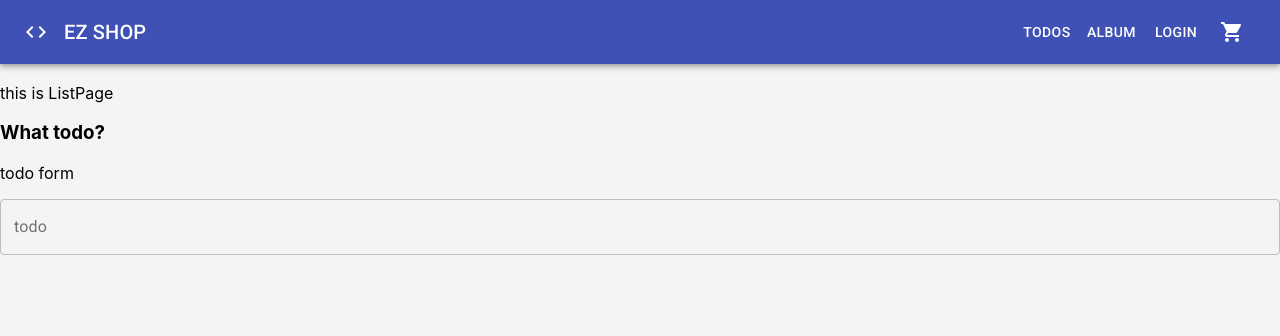
Repository: anhmuoi/learn-reactjs
Page: /todos
An editor plug-in stored every save of this project. The page is shown before and after the next save, followed by the edit.
The browser window is 1280 px wide. The pictures show the whole page.
The project was rebuilt for these pictures with package versions that can differ from the ones it lists, and the page was loaded fresh each time. Also part of the build but not shown: src/components/form-controls/PasswordField/index.js, src/features/Auth/components/LoginForm/index.jsx, src/features/Auth/components/Login/index.jsx, src/features/Auth/components/RegisterForm/index.jsx, src/features/Auth/components/Register/index.jsx, src/features/Cart/index.jsx, src/components/NotFound/index.js, src/api/productApi.js and 24 more. Imported but missing from the stored project, and not drawn on this page: src/features/Product/components/ProductAdditional.jsx, src/features/Product/components/ProductReviews.jsx.

Above is the page before, as saved 2021-09-25 16:19:32.

### src/App.js
import categoryApi from "api/categoryApi.js";
import Header from "components/Header/index.jsx";
import CartFeature from "features/Cart/index.jsx";
import ProductFeature from "features/Product/index.jsx";
import React, { useEffect } from "react";
import { Redirect, Route, Switch } from "react-router";
import "./App.css";
import NoteFound from "./components/NotFound";
import CounterFeature from "./features/Counter/index.jsx";
import TodoFeature from "./features/Todo";

function App() {

  // useEffect(() => {
  //   const fetchCategories = async  () => {
  //     const categories = await categoryApi.get(1);


  //   }

  //   fetchCategories();
  // }, [])


  return (
    <div className="App">
    <Header/>
      <Switch>
        <Redirect from="/home" to="/" exact></Redirect>
        <Redirect
          from="/posts-list/:postId"
          to="/posts/:postId"
          exact
        ></Redirect>

        <Route path="/" component={CounterFeature} exact />
        <Route path="/todos" component={TodoFeature}></Route>
        <Route path="/album"></Route>
        <Route path='/products' component={ProductFeature} />
        <Route path='/cart' component={CartFeature} />
        <Route component={NoteFound}></Route>
      </Switch>
    </div>
  );
}

export default App;

### src/app/store.js
import counterReducer from "../features/Counter/counterSlice.js";
import userReducer from '../features/Auth/userSlice.js'
import cartReducer from '../features/Cart/cartSlice.js'
const { configureStore } = require("@reduxjs/toolkit");

const rootReducer = {
  counter: counterReducer,
  user: userReducer,
  cart: cartReducer,
};

const store = configureStore({
  reducer: rootReducer,
});
export default store;

### src/api/categoryApi.js
const { default: axiosClient } = require("./axiosClient.js");

const categoryApi = {
    getAll(params){
        const url = '/categories';
        return axiosClient.get(url,{ params });
    },
    get(id) {
        const url = `/categories/${id}`;
        return axiosClient.get(url);
    },
    add(data) {
        const url = '/categories';
        return axiosClient.post(url, data);
    },
    update(data) {
        const url = `/categories/${data.id}`;
        return axiosClient.patch(url, data);
    },
    remove(id) {
        const url = `/categories/${id}`;
        return axiosClient.delete(url);
    }
};

export default categoryApi;

### src/components/Header/index.jsx
import { Badge, Box, IconButton } from "@material-ui/core";
import AppBar from "@material-ui/core/AppBar";
import Button from "@material-ui/core/Button";
import Dialog from "@material-ui/core/Dialog";
import DialogContent from "@material-ui/core/DialogContent";
import Menu from "@material-ui/core/Menu";
import MenuItem from "@material-ui/core/MenuItem";
import { makeStyles } from "@material-ui/core/styles";
import Toolbar from "@material-ui/core/Toolbar";
import Typography from "@material-ui/core/Typography";
import {
  AccountCircle, Close, ShoppingCart
} from "@material-ui/icons";
import CodeIcon from "@material-ui/icons/Code";
import Login from "features/Auth/components/Login/index.jsx";
import Register from "features/Auth/components/Register/index.jsx";
import { logout } from "features/Auth/userSlice.js";
import { cartItemCountSelector } from "features/Cart/selectors.js";
import React, { useState } from "react";
import { useDispatch, useSelector } from "react-redux";
import { Link, NavLink, useHistory } from "react-router-dom";

const useStyles = makeStyles((theme) => ({
  root: {
    flexGrow: 1,
  },
  menuButton: {
    marginRight: theme.spacing(2),
  },
  title: {
    flexGrow: 1,
  },
  link: {
    color: "#fff",
    textDecoration: "none",
  },
  closeButton: {
    position: "absolute",
    top: theme.spacing(1),
    right: theme.spacing(1),
    color: theme.palette.grey[500],
    zIndex: "1",
  },
  menu: {
    top: theme.spacing(5),
    "margin-top": theme.spacing(6),
  },
}));

const MODE = {
  LOGIN: "login",
  REGISTER: "register",
};

export default function Header() {
  const classes = useStyles();

  const LoggedIn = useSelector((state) => state.user);

  const cartItemCount = useSelector(cartItemCountSelector);

  const history = useHistory();

  const isLoggedIn = LoggedIn.current.id;

  const [mode, setMode] = useState(MODE.LOGIN);

  const [open, setOpen] = useState(false);

  const [anchorEl, setAnchorEl] = useState(null);

  const dispatch = useDispatch();

  const handleClickOpen = () => {
    setOpen(true);
  };

  const handleClose = () => {
    setOpen(false);
  };

  const handleClickMenu = (event) => {
    setAnchorEl(event.currentTarget);
  };

  const handleCloseMenu = () => {
    setAnchorEl(null);
  };

  const handleLogOut  = () => {
    handleCloseMenu();
    const action = logout();
    dispatch(action);
  }

  const handleCartClick  = () => {
    history.push('/cart')
  }



  return (
    <div className={classes.root}>
      <AppBar position="static">
        <Toolbar>
          <CodeIcon className={classes.menuButton} />

          <Typography variant="h6" className={classes.title}>
            <Link className={classes.link} to="/">
              EZ SHOP
            </Link>
          </Typography>
          <NavLink
            className={classes.link}
            to="/todos"
            activeClassName="active-menu"
          >
            <Button color="inherit">Todos</Button>
          </NavLink>
          <NavLink
            className={classes.link}
            to="/album"
            activeClassName="active-menu"
          >
            <Button color="inherit">Album</Button>
          </NavLink>
          {!!isLoggedIn && (
            <IconButton aria-haspopup="true" onClick={handleClickMenu}>
              <AccountCircle
                className={classes.link}
                color="inherit"
              ></AccountCircle>
            </IconButton>
          )}
          {!!!isLoggedIn && (
            <Button onClick={handleClickOpen} color="inherit">
              Login
            </Button>
          )}
          <IconButton onClick={handleCartClick} aria-label="show 4 new mails" color="inherit">
          <Badge badgeContent={cartItemCount} color="secondary">
            <ShoppingCart></ShoppingCart>
          </Badge>
        </IconButton>
        </Toolbar>
      </AppBar>

      <Menu
        className={classes.menu}
        id="simple-menu"
        anchorEl={anchorEl}
        keepMounted
        open={Boolean(anchorEl)}
        onClose={handleCloseMenu}
      >
        <MenuItem onClick={handleCloseMenu}>Profile</MenuItem>
        <MenuItem onClick={handleCloseMenu}>My account</MenuItem>
        <MenuItem onClick={handleLogOut}>Logout</MenuItem>
      </Menu>

      <Dialog
        disableEscapeKeyDown
        open={open}
        aria-labelledby="alert-dialog-title"
        aria-describedby="alert-dialog-description"
      >
        <IconButton className={classes.closeButton} onClick={handleClose}>
          <Close></Close>
        </IconButton>
        <DialogContent>
          {mode === MODE.REGISTER && (
            <>
              <Register closeDialog={handleClose} />
              <Box textAlign="center">
                <Button color="primary" onClick={() => setMode(MODE.LOGIN)}>
                  Already have an account. Login here
                </Button>
              </Box>
            </>
          )}
          {mode === MODE.LOGIN && (
            <>
              <Login closeDialog={handleClose} />
              <Box textAlign="center">
                <Button color="primary" onClick={() => setMode(MODE.REGISTER)}>
                  Dont have an account. Register here
                </Button>
              </Box>
            </>
          )}
        </DialogContent>
      </Dialog>
    </div>
  );
}

### src/features/Todo/index.jsx
import React from 'react';
import { Route, Switch, useRouteMatch } from 'react-router-dom';
import NoteFound from '../../components/NotFound';
import TodoList from './components/TodoList/index.jsx';
import DetailPage from './pages/DetailPage';
import ListPage from './pages/ListPage';

TodoFeature.propTypes = {

};

function TodoFeature(props) {

    const todoList = [
        {
            id: '1',
            title: 'eat'
        },
        {
            id: '2',
            title: 'sleep'
        },
        {
            id: '3',
            title: 'code'
        },
    ]


    const match = useRouteMatch();
    return (
        <div>
        <h3></h3>
        <TodoList/>

        <Switch>
            <Route path={match.path} component={ListPage} exact></Route>
            <Route path={`${match.path}/:todoId`} component={DetailPage} exact></Route>
            <Route component={NoteFound}></Route>
        </Switch>

        </div>
    );
}

export default TodoFeature;

### src/features/Counter/counterSlice.js
const { createSlice } = require("@reduxjs/toolkit");

const counterSlice = createSlice({
  name: "counter",
  initialState: 0,
  reducers: {
    increase(state, action) {
      return state + 1;
    },
    decrease(state, action) {
      return state - 1;
    },
  },
});

const { actions, reducer } = counterSlice;
export const { increase, decrease } = actions;
export default reducer;

### src/features/Auth/userSlice.js
import { createSlice, createAsyncThunk} from "@reduxjs/toolkit";

import userApi from "api/userApi.js";
import storageKeys from "constants/storage-key.js";

export const register = createAsyncThunk(
    'user/register',
    async (payload) => {
      //call api
      const data = await userApi.register(payload);
      // save data to localStorage
      localStorage.setItem(storageKeys.TOKEN,data.jwt);
      localStorage.setItem(storageKeys.USER, JSON.stringify(data.user));

      return data.user;
    }
  )
  export const login = createAsyncThunk(
    'user/login',
    async (payload) => {
      //call api
      const data = await userApi.login(payload);
      // save data to localStorage
      localStorage.setItem(storageKeys.TOKEN,data.jwt);
      localStorage.setItem(storageKeys.USER, JSON.stringify(data.user));

      return data.user;
    }
  )

const userSlice = createSlice({
  name: "user",
  initialState: {
      current: JSON.parse(localStorage.getItem(storageKeys.USER) ) ||{},
      setting: {}
  },
  reducers: {
    logout(state) {

      localStorage.removeItem(storageKeys.TOKEN);
      localStorage.removeItem(storageKeys.USER);

      state.current = {}
    }

  },
  extraReducers: {
    [register.fulfilled]: (state, action) => {
      state.current = action.payload;
    },
    [login.fulfilled]: (state, action) => {
      state.current = action.payload;
    }
  }
});

const { actions, reducer } = userSlice;
export const {  logout} = actions;
export default reducer;

### src/features/Cart/cartSlice.js
import { createSlice } from "@reduxjs/toolkit";

const initialState = {
  showMiniCart: false,
  cartItems: [],
};

const cartSlice = createSlice({
  name: "cart",
  initialState,
  reducers: {
    showMiniCart(state) {
      state.showMiniCart = true;
    },
    hideMiniCart(state) {
      state.showMiniCart = false;
    },
    addFromCart(state, action) {
      const newItem = action.payload;
      const index = state.cartItems.findIndex((x) => x.id === newItem.id);
      if (index >= 0) {
        state.cartItems[index].quantity += newItem.quantity;
      } else {
        state.cartItems.push(newItem);
      }
    },
    setQuantity(state, action) {
      const { id, quantity } = action.payload;
      const index = state.cartItems.findIndex((x) => x.id === id);
      if (index >= 0) {
        state.cartItems[index].quantity = quantity;
      }
    },
    removeFromCart(state, action) {
      const idNeedRemove = action.payload;
      state.cartItems = state.cartItems.filter((x) => x.id !== idNeedRemove);
    },
  },
});

export const {
  showMiniCart,
  hideMiniCart,
  addFromCart,
  removeFromCart,
  setQuantity,
} = cartSlice.actions;
export default cartSlice.reducer;

### src/api/axiosClient.js
const { default: axios } = require("axios");

const axiosClient = axios.create({
  baseURL: "https://api.ezfrontend.com/",
  headers: {
    "Content-Type": "application/json",
  },
});

// Add a request interceptor
axiosClient.interceptors.request.use(
  function (config) {
    // Do something before request is sent
    return config;
  },
  function (error) {
    // Do something with request error
    return Promise.reject(error);
  }
);

// Add a response interceptor
axiosClient.interceptors.response.use(
  function (response) {
    // Any status code that lie within the range of 2xx cause this function to trigger
    // Do something with response data
    return response.data;
  },
  function (error) {
    // Any status codes that falls outside the range of 2xx cause this function to trigger
    // Do something with response error


    const { config, status, data } = error.response;
    const URLS = ['/auth/local/register', '/auth/local'];
    if (URLS.includes(config.url) && status === 400) {
      const errorList = data.data || [];
      const firstError = errorList.length > 0 ? errorList[0] : {};
      const messageList = firstError.messages || [];
      const firstMessage = messageList.length > 0 ? messageList[0] : {};
      throw new Error(firstMessage.message);

    }

    return Promise.reject(error);
  }
);

export default axiosClient;

### src/features/Cart/selectors.js
import { createSelector } from "@reduxjs/toolkit";

const cartItemSelector = (state) => state.cart.cartItems;

export const cartItemCountSelector = createSelector(cartItemSelector, (cartItems) =>
  cartItems.reduce((count, item) => count + item.quantity, 0)
);

export const cartItemTotalSelector = createSelector(cartItemSelector, (cartItems) =>
  cartItems.reduce((total, item) => total + item.product.salePrice * item.quantity, 0)
);

### src/features/Todo/components/TodoList/index.jsx
import React from 'react';
import PropTypes from 'prop-types';

TodoList.propTypes = {
    todoList: PropTypes.array,
};

TodoList.defaultProps = {
    todoList: [],
}

function TodoList(props) {
    const {todoList} = props;
    return (
        <div>
            <ul>

                {todoList.map(todo => (
                    <li key={todo.id}>{todo.title}</li>
                ))}
            </ul>
        </div>
    );
}

export default TodoList;

### src/features/Todo/pages/ListPage/index.jsx
import React from "react";
import TodoForm from "../../components/TodoForm";

ListPage.propTypes = {};

function ListPage(props) {
  const handleTodoFormSubmit = (values) => {
    console.log("form submit", values);
  };
  return (
    <div>
      this is ListPage
      <h3>What todo?</h3>
      <TodoForm onSubmit={handleTodoFormSubmit} />
    </div>
  );
}

export default ListPage;

### src/api/userApi.js
import axiosClient from "./axiosClient.js";


const userApi = {

    register(data) {
        const url = '/auth/local/register';
        return axiosClient.post(url, data);
    },
    login(data) {
        const url = '/auth/local';
        return axiosClient.post(url, data);
    },
};

export default userApi;

### src/constants/storage-key.js
const storageKeys = {
    USER: 'user',
    TOKEN: 'access_token',
};

export default storageKeys;

### src/features/Todo/components/TodoForm/index.jsx
import { yupResolver } from '@hookform/resolvers/yup';
import InputField from "components/form-controls/InputField/index.jsx";
import PropTypes from "prop-types";
import React from "react";
import { useForm } from "react-hook-form";
import * as yup from "yup";




TodoForm.propTypes = {
  onSubmit: PropTypes.func,
};

function TodoForm(props) {
  const {onSubmit} = props;

  const schema = yup.object().shape({
      title: yup.string().required("Please enter title"),
  });
  const form = useForm({
    defaultValues: {
      title: "",
    },
    resolver: yupResolver(schema)
  });

  const handleSubmit = (values) => {
    onSubmit(values);
  };

  return (
    <form onSubmit={form.handleSubmit(handleSubmit)}>
      todo form
      <InputField form={form} name="title" label="todo" />
    </form>
  );
}

export default TodoForm;

### src/components/form-controls/InputField/index.jsx
import { TextField } from "@material-ui/core";
import PropTypes from "prop-types";
import React from "react";
import { Controller } from "react-hook-form";

InputField.propTypes = {
  form: PropTypes.object.isRequired,
  name: PropTypes.string.isRequired,

  label: PropTypes.string,
  disabled: PropTypes.bool,
};

function InputField(props) {
  const { form, name, label, disabled} = props;
  const { formState } = form;

  const hasError = !!(formState.errors[name]);


  return (
    <Controller
      name={name}
      control={form.control}
      disabled={disabled}
      render={({ field }) => (

        <TextField
          {...field}


          fullWidth

          label={label}
          margin='normal'
          variant="outlined"
          error={hasError}
          helperText={formState.errors[name]?.message}

        />

      )}
    />
  );
}

export default InputField;

Loaded but not shown: public/index.html (common file); src/index.js (common file); src/index.css (common file); src/reportWebVitals.js (common file); src/App.css (common file)

After the next save:
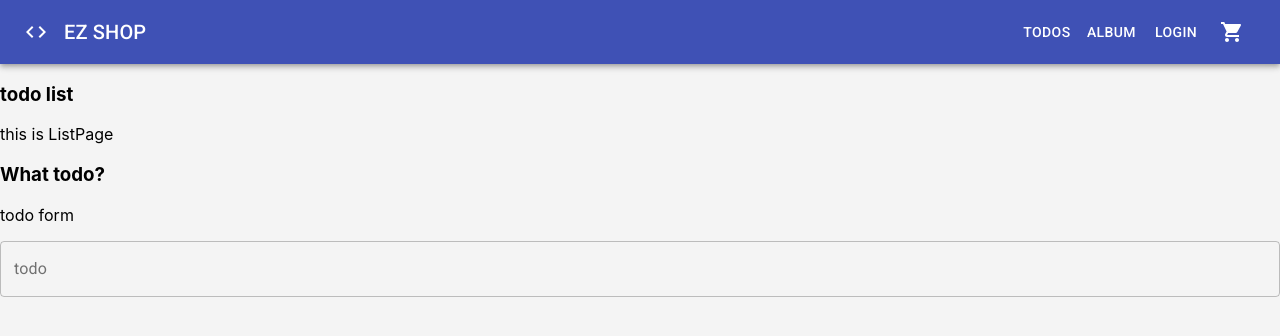
Saved 5 s later.
--- a/src/features/Todo/index.jsx
+++ b/src/features/Todo/index.jsx
@@ -30,7 +30,7 @@ function TodoFeature(props) {
     const match = useRouteMatch();
     return (
         <div>
-        <h3></h3>
+        <h3>todo list</h3>
         <TodoList/>
 
         <Switch>
